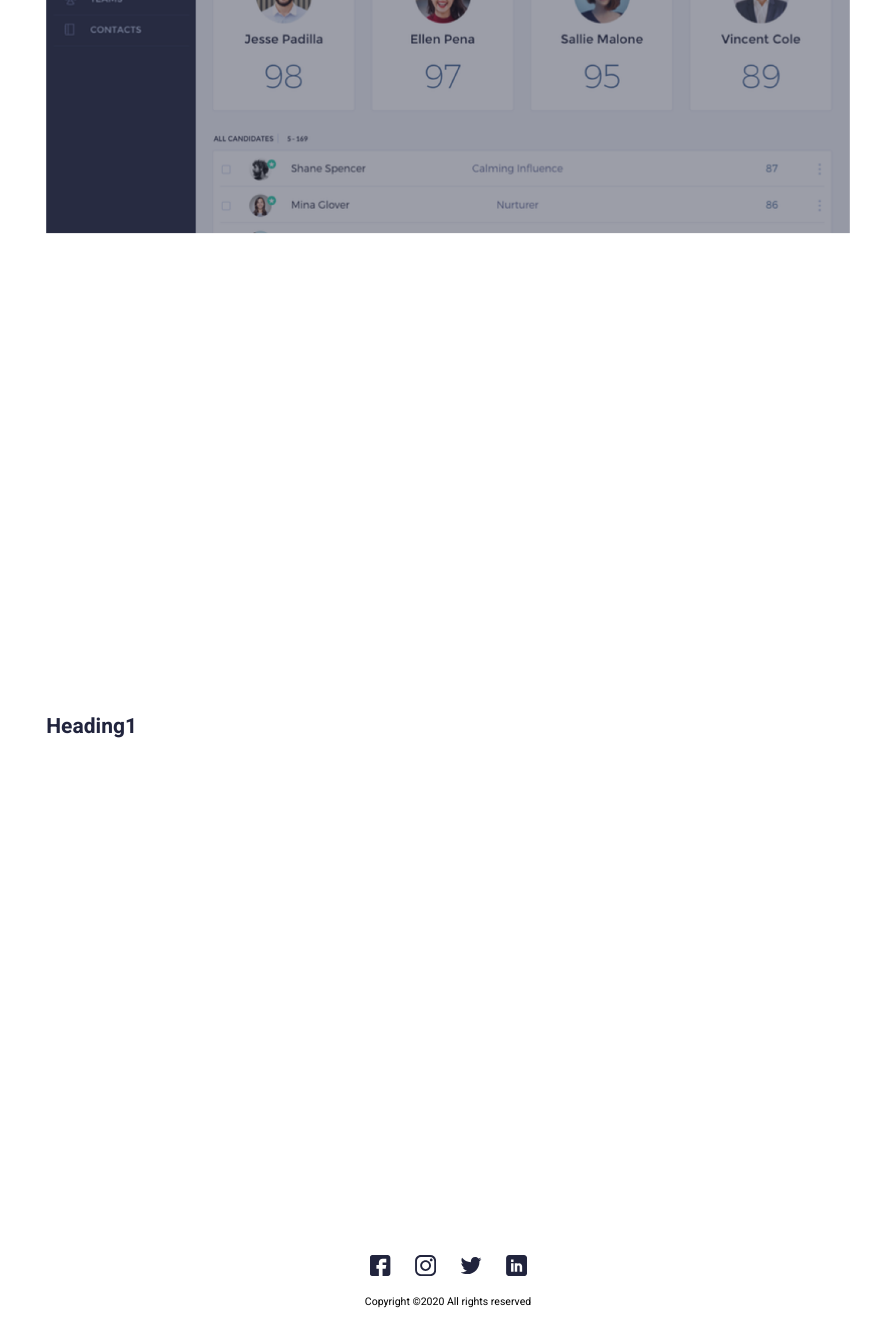
Repository: sharma171/portfolio
Page: /detailed
The author's editor kept a copy of each file at every save. The page is drawn from the files as they stood at one save, then again after the next save.
The browser window is 1280 px wide. The pictures show the part of the page from y = 810 to 2730 px (the page is 2730 px tall before and 1425 px after), at 70% of full size.
The project was rebuilt for these pictures with package versions that can differ from the ones it lists, and the page was loaded fresh each time. The framework's server and built-in components were replaced by stand-ins that run in the browser. Also part of the build but not shown: next.config.mjs.

Above is the page before, as saved 2024-06-02 17:59:56.

### src/app/layout.js

import "./globals.css";


export const metadata = {
  title: "Portfolio Website",
  description: "Blogging and projects site",
};

export default function RootLayout({ children }) {
  return (
    <html lang="en">
      <body>{children}</body>
    </html>
  );
}

### src/app/detailed/layout.jsx
import "../../app/globals.css";

export const metadata = {
    title: "Portfolio Website",
    description: "Blogging and projects site",
};

export default function RootLayout({ children}) {
    return (
        <html lang="en">
            <body>
                {children}
            </body>
        </html>
    );
}

### src/app/detailed/page.jsx
import React from "react";
import Image from "next/image";
import "../page.css"
import Header from "../../components/Header"
import Footer from "../../components/Footer"
import Featured1 from "../../../public/work/detailedOne.png";

export default function DetailPage() {
    return (
        <>
        <Header />
        <section className="detailed">
            <div className="container">
                <div className="detailed-inner">
                    <h1 className="main-heading">
                    Designing Dashboards with usability in mind
                    </h1>
                    <div className="det-row">
                        <span className="date">2020</span>
                        <span className="topic">Dashboard, User Experience Design</span>
                    </div>
                    <h2 className="subheading">
                        Amet minim mollit non deserunt ullamco est sit aliqua dolor do amet sint. Velit officia consequat duis enim velit mollit. Exercitation veniam consequat sunt nostrud amet.
                    </h2>
                    <Image src={Featured1} alt="featured" className="full-w-thumb" />
                    <h1>Heading1</h1>
                </div>
            </div>
        </section>
        <Footer />
        </>
    );
}

### src/app/globals.css
@import url('https://fonts.googleapis.com/css2?family=Heebo:wght@100..900&display=swap');

:root {
  --max-width: 1180px;
  --border-radius: 12px;
  --font-mono: ui-monospace, Menlo, Monaco, "Cascadia Mono", "Segoe UI Mono",
    "Roboto Mono", "Oxygen Mono", "Ubuntu Monospace", "Source Code Pro",
    "Fira Mono", "Droid Sans Mono", "Courier New", monospace;
  --main-font: "Heebo", sans-serif;
  --weight--300: 300;
  --weight--400: 400;
  --weight--500: 500;
  --weight--600: 600;
  --weight--700: 700;
  --weight--800: 800;
  --weight--900: 900;
  --hero-button: #FF6464;
  --text-color: #21243D;
}

* {
  box-sizing: border-box;
  padding: 0;
  margin: 0;
}

html,
body {
  max-width: 100vw;
  overflow-x: hidden;
  font-family: var(--main-font);
}

a {
  color: inherit;
  text-decoration: none;
}
.container {
  max-width: var(--max-width);
  margin: 0 auto;
  padding: 0 1rem;
}
header {
  background: #fff;
}
header .header-logo {
  width: 1rem;
  height: auto;
}
.nav {
  display: flex;
  flex-direction: row;
  justify-content:space-between;
  max-width: 1280px;
  margin: 0 auto;
  padding: 0 1rem;
}
.navMenu {
  display: flex;
  flex-direction: row;
  align-items: center;
}
.navMenu .navLink {
  font-size: 1.25rem;
  font-weight: var(--weight--600);
  color: var(--primary-color);
  margin: 30px;
}
/* ------------------------ Footer ---------------------------------------- */
footer {
  background: #fff;
  padding: 50px 0;
}

footer .footer-inner {
  display: flex;
  flex-direction: column;
  justify-content: center;
  align-items: center;
  gap: 18px;
}
footer .social-row {
  display: flex;
  flex-direction: row;
  justify-content: space-between;
  align-items: center;
  gap: 35px;
}
footer .social-row .social .social-img {
  width: 30px;
  image: 30px;
}
footer .footer-inner .copyright {
  font-size: 15px;
}

### src/app/page.css
.main {
  display: flex;
  flex-direction: column;
  min-height: 100vh;
}
/* ----------------- hero section ----------------- */
.hero .hero-row {
  display: flex;
  flex-direction: row;
}
.hero .hero-lhs {
  width: 70%;
}
.hero .hero-lhs .hero-cta {
  display: flex;
  flex-direction: column;
  gap: 40px;
  margin-top: 140px;
  margin-bottom: 70px;
}
.hero .hero-lhs .hero-cta .main-head {
  font-size: 44px;
  line-height: 3.75rem;
  font-weight: 700;
}
.hero .hero-lhs .hero-cta .sub-head {
  font-size: 16px;
  line-height: 1.5rem;
  font-weight: 400;
  max-width: 500px;
}
.hero .hero-lhs .hero-cta .cta-button {
  padding: 14px 20px;
  font-size: 1.15rem;
  line-height: 19px;
  font-weight: 500;
  font-family: "Heebo", sans-serif;
  margin-right: auto;
  background: var(--hero-button);
  color: #fff;
  border: none;
}
.hero .hero-rhs {
  width: 30%;
  display: flex;
  justify-content: flex-start;
  align-items: center;
}
.hero .hero-rhs .hero-img {
  position: relative;
}
.hero .hero-rhs .hero-img .image {
  width: 283px;
  height: 283px;
  z-index: 1;

}
.hero .hero-rhs .hero-img::after {
  content: "";
  position: absolute;
  top: 13px;
  left: -5px;
  width: 283px;
  height: 283px;
  background: #EDF7FA;
  z-index: -1;
  border-radius: 300px;
}

/* -------------------------  Home Blog Section --------------------------------------- */

.home-blog {
  background: #EDF7FA;
}
.home-blog .blog-head {
  display: flex;
  flex-direction: row;
  justify-content: space-between;
  align-items: center;
  margin-top: 7px;
}
.home-blog .blog-head .heading {
  font-size: 22px;
  line-height: 60px;
  font-weight: 400;
  color: var(--text-color);
}
.home-blog .blog-head .more-link {
  font-size: 16px;
  font-weight: 400;
  color: #00A8CC;
}

/* ----------------------- Blog Carousel ----------------------------------------- */
.blog-carousel .blog-image {
  display: none;
}
.blog-carousel {
  display: flex;
  flex-direction:row;
  overflow: hidden;
  max-width: 100%;
  padding-bottom: 32px;
}
.blog-carousel .blog-item {
  background-color: #fff;
  box-shadow: #bbe1fa3d 0 4px 10px 0;
  padding: 25px;
  display: flex;
  flex-direction: column;
  gap: 25px;
}
.blog-carousel .blog-item:nth-child(odd){
  margin-right: 10px;
}
.blog-carousel .blog-item:nth-child(even) {
  margin-left: 10px;
}
.blog-carousel .blog-item .blog-item-head {
  /* margin-bottom: 17px; */
}
.blog-carousel .blog-item .blog-item-head .head {
  font-size: 32px;
  line-height: 1.3em;
  font-weight: 700;
  color: var(--text-color);
}
.blog-carousel .blog-info {
  display: flex;
  flex-direction: row;
  gap: 25px;
  /* margin-bottom: 11px; */
}
.blog-carousel .blog-info .divline {
  width: 1px;
  height: 15.799999999999958px;
  margin-top: 4px;
  background: var(--text-color);
}
.blog-carousel .blog-info .date {
  font-size: 18px;
  line-height: 26px;
  color: var(--text-color);
  font-weight: 400;
}
.blog-carousel .blog-info .author {
  font-size: 18px;
  line-height: 26px;
  color: var(--text-color);
  font-weight: 400;
}
.blog-carousel .blog-info .blog-para .para{
  font-size: 16px;
  line-height: 24px;
  color: var(--text-color);
  font-weight: 400;
}

/* ---------------------------- Featured Works -------------------------------------------------------------------- */

.featured-home {
  background: #fff;
}
.featured-home .top-heading {
  display: flex;
  flex-direction: row;
  justify-content: space-between;
  align-items: center;
  margin-top: 17px;
  margin-bottom: 22px;
}
.featured-home .top-heading .head {
  font-size: 22px;
  color: var(--text-color);
  line-height: 60px;
  font-weight: 500;
}
.workcards {
  display: flex;
  flex-direction: column;
  gap: 40px;
  padding-bottom: 80px;
}
.workcards .card-item {
  display: flex;
  flex-direction: row;
  position: relative;
}
.workcards .card-item::after{
  content: "";
  position: absolute;
  top: calc(100% + 20px);
  left: 0;
  width: 100%;
  height: 1px;
  background: #E0E0E0;
}
.workcards .card-item .card-thumb {
  width: 250px;
  height: 180px;
  margin-right: 18px;
}
.workcards .card-item .card-thumb .thumb-img {
  width: 250px;
  height: 180px;
  object-fit: cover;
  border-radius:6px;
}
.workcards .card-item .card-info {
  display: flex;
  flex-direction: column;
  margin-left: 18px;
  gap: 24px;
}
.workcards .card-item .card-info .heading {
  font-size: 32px;
  font-weight: 800;
  line-height: 30px;
  color: var(--text-color);
}
.workcards .card-item .card-info .info-row {
  display: flex;
  flex-direction: row;
  gap: 25px;
}
.workcards .card-item .card-info .info-row .date {
  font-size: 18px;
  line-height: 17px;
  font-weight: 900;
  padding: 6px 10px 5px 10px;
  border-radius: 16px;
  color: #fff;
  background: #142850;
}
.workcards .card-item .card-info .info-row .topic {
  font-size: 20px;
  color: #8695A4;
}
.workcards .card-item .card-info .info-para {
  font-size: 18px;
  line-height: 24px;
  color: #21243D;
  font-weight: 400;
  width: 90%;
}
/* ------------------------------ Category Pages -------------- */
.work-category .container {
  max-width: 900px;
}
.blog-category .container {
  max-width: 900px;
}
.cat-head {
  padding-top: 80px;
  padding-bottom: 25px;
}
.cat-head h3 {
  font-size: 44px;
  line-height: 60px;
  font-weight: 700;
}
.blog-cards {
  display: flex;
  flex-direction: column;
  gap: 60px;
  padding-bottom: 80px;
}
.blog-cards .card-item {
  display: flex;
  flex-direction: column;
  gap: 10px;
  position: relative;
}
.blog-cards .card-item::after {
  content: "";
  position: absolute;
  top: calc(100% + 30px);
  left: 0;
  width: 100%;
  height: 1px;
  background: #E0E0E0;
}
.blog-cards .card-item .info-row .width-div {
  width: 1px;
  height: 15.799999999999958px;
  margin-top: 4px;
  background: var(--text-color);
}
.blog-cards .card-item .heading {
  font-size: 30px;
  font-weight: 600;
  line-height: 44px;
  color: var(--text-color);
}
.blog-cards .card-item .info-row {
  display: flex;
  flex-direction: row;
  gap: 20px;
}
.blog-cards .card-item .info-row .date {
  font-size: 20px;
  line-height: 29px;
  color: var(--text-color);
  font-weight: 400;
}
.blog-cards .card-item .info-row .topic {
  font-size: 20px;
  line-height: 29px;
  color: #8695A4;
  font-weight: 400;
}
.blog-cards .card-item .info-para {
  font-size: 16px;
  line-height: 24px;
  color: var(--text-color);
}
/* --------------------------- Detailed Page ------------------------------------------------------------- */
.detailed .detailed-inner {
  display: flex;
  flex-direction: column;
  gap: 30px;
  padding-top: 50px;
  padding-bottom: 30px;
}
.detailed .detailed-inner h1.main-heading {
  font-size: 34px;
  line-height: 50px;
  font-weight: 800;
  margin-bottom: 10px;
  color: var(--text-color);
}
.detailed .detailed-inner .det-row {
  display: flex;
  flex-direction: row;
  gap: 20px;
}
.detailed .detailed-inner .det-row .date {
  font-size: 18px;
  font-weight: 800;
  color:#fff;
  line-height: 17px;
  background: #FF7C7C;
}
.detailed .detailed-inner .det-row .topic {
  font-size: 20px;
  line-height: 29px;
  font-weight: 400;
  color: var(--text-color);
}
.detailed .detailed-inner h2.subheading {
  font-size: 16px;
  line-height: 24px;
  color: #000;
  font-weight: 400;
}
.detailed .detailed-inner .full-w-thumb {
  width: 100%;
  height:auto;
  aspect-ratio: 680/460;
}
.detailed .detailed-inner h1 {
  font-size:30px;
  line-height: 45;
  color: var(--text-color);
}
.detailed .detailed-inner h2 {
  font-size: 24;
}

### src/components/Header.jsx
import React from "react";
import "../app/globals.css";

const navLink = [
    {
        name: "Work",
        link: "/"
    },
    {
        name: "Blog",
        link: "/blog"
    },
    {
        name: "Contact",
        link: "/contact"
    },
]

const Header = () => {
    return(
        <header>
            <nav className="nav">
                <a href="/">

                </a>
                <div className="navMenu">
                    {navLink.map((item, index) => (
                        <a href={item.link} className="navLink" key={index}>{item.name}</a>
                    ))}
                </div>
            </nav>
        </header>
    )
}

export default Header;

### src/components/Footer.jsx
import React from "react";

import Image from "next/image"

import FacebookIcon from "../../public/social/facebook.svg"
import InstagramIcon from "../../public/social/instagram.svg"
import TwitterIcon from "../../public/social/twitter.svg"
import LinkedinIcon from "../../public/social/Linkedin.svg"

const Footer = () => {
    return(
        <>
        <footer>
            <div className="container">
                <div className="footer-inner">
                    <div className="social-row">
                        <a href="" className="social">
                            <Image src={FacebookIcon} alt="icon" className="social-img" />
                        </a>
                        <a href="" className="social">
                            <Image src={InstagramIcon} alt="icon" className="social-img" />
                        </a>
                        <a href="" className="social">
                            <Image src={TwitterIcon} alt="icon" className="social-img" />
                        </a>
                        <a href="" className="social">
                            <Image src={LinkedinIcon} alt="icon" className="social-img" />
                        </a>
                    </div>
                    <span className="copyright">
                        Copyright ©2020 All rights reserved
                    </span>
                </div>
            </div>
        </footer>
        </>
    )
};
export default Footer;

After the next save:
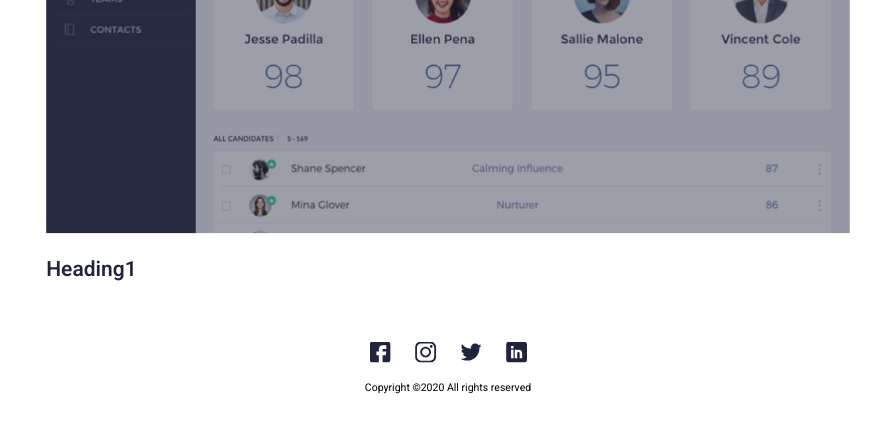
Saved 14 s later.
--- a/src/app/page.css
+++ b/src/app/page.css
@@ -360,8 +360,9 @@
 }
 .detailed .detailed-inner h1 {
   font-size:30px;
-  line-height: 45;
-  color: var(--text-color);
+  line-height: 45px;
+  color: var(--text-color);
+  font-weight: 600;
 }
 .detailed .detailed-inner h2 {
   font-size: 24;
